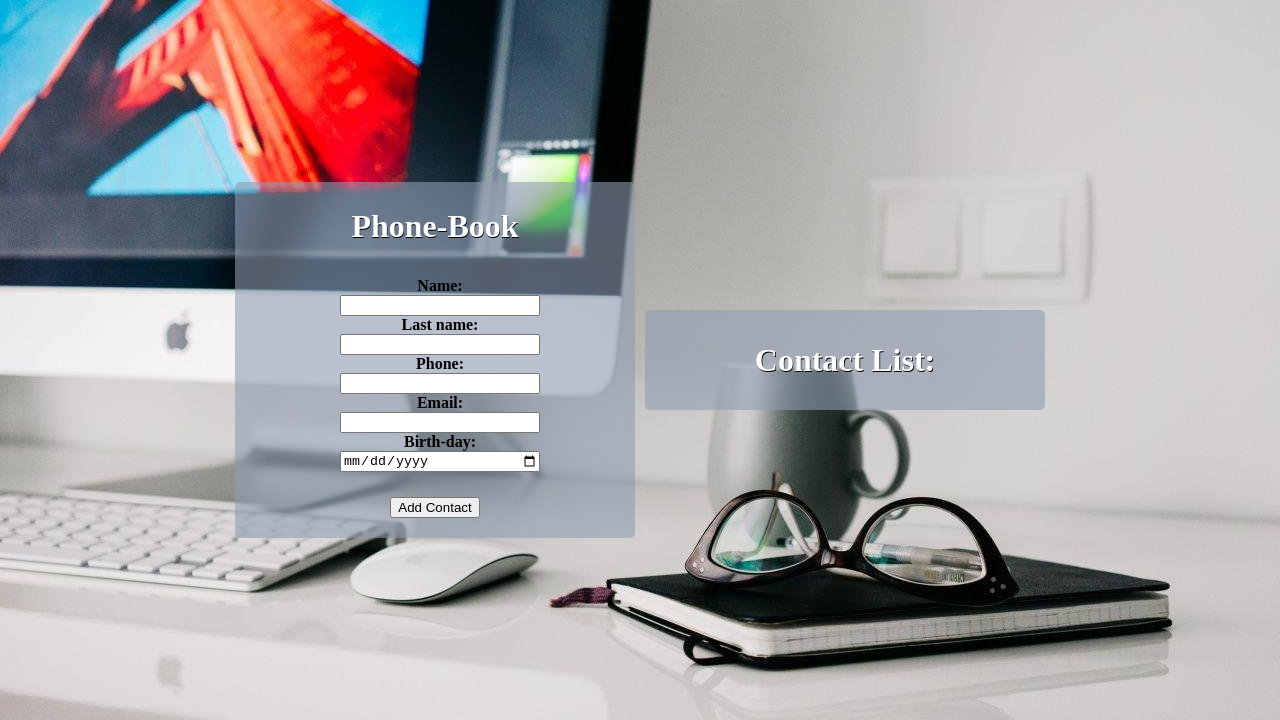
Repository: STA1357/Phone-book
Page: Inner.html
These files come from the project's save history. The page is drawn as it stood at one moment and after the next save; the edit follows.
The browser window is 1280 px wide. The pictures show the whole page.

Above is the page before, as saved 2020-12-11 13:21:29.

After the next save:
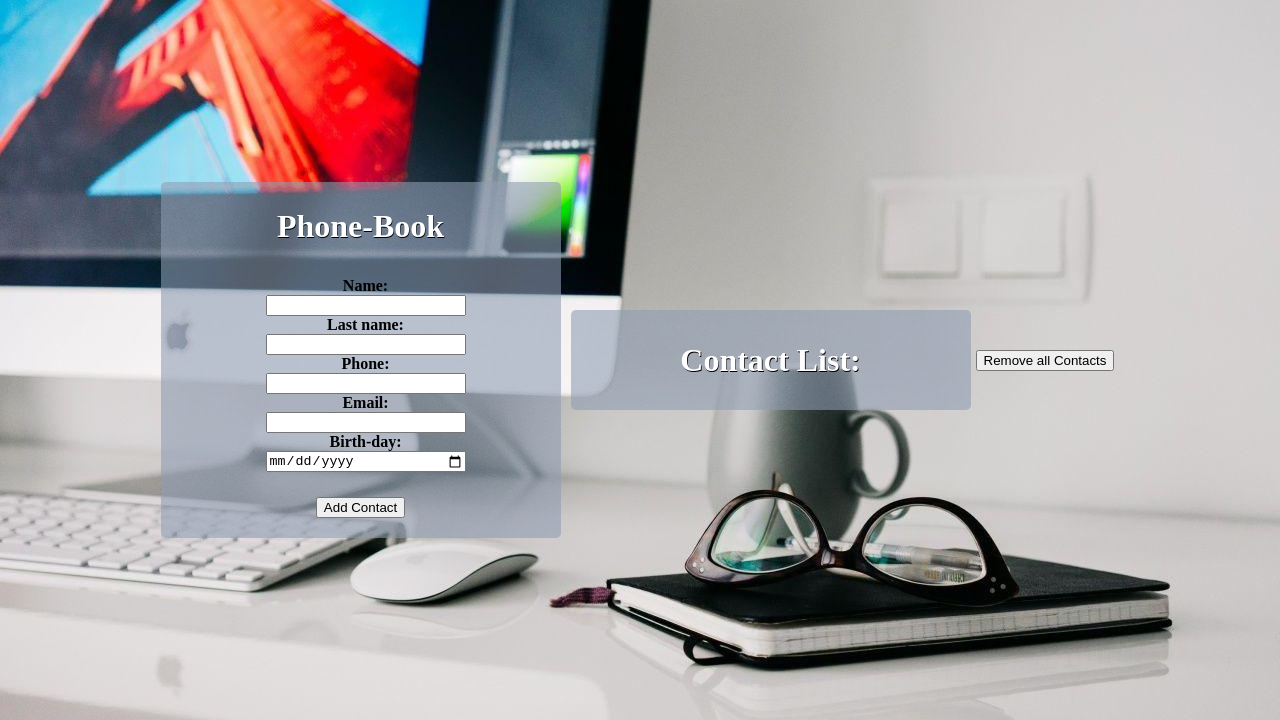
Saved 2 min 23 s later.
--- a/Inner.html
+++ b/Inner.html
@@ -42,5 +42,9 @@
     <ul id="users"></ul>
 </div>
 
+<div class="clearBook">
+    <button id="clearBook" class="clearBook">Remove all Contacts</button>
+</div>
+
 </body>
 </html>
